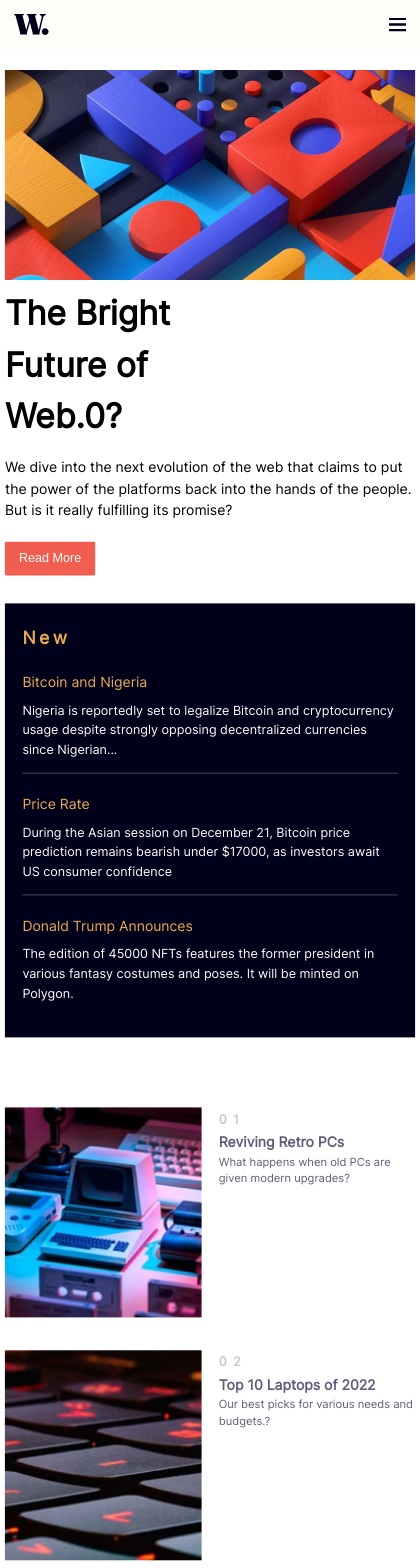
Repository: Benedict-Anthony/web3.0-blog-chain
Page: /
These files come from the project's save history. The page is drawn as it stood at one moment and after the next save; the edit follows.
The browser window is 600 px wide. The pictures show the part of the page from y = 0 to 2240 px (the page is 2800 px tall before and 2740 px after), at 70% of full size.
The project was rebuilt for these pictures with package versions that can differ from the ones it lists, and the page was loaded fresh each time. The framework's server and built-in components were replaced by stand-ins that run in the browser. Also part of the build but not shown: next.config.js, styles/styles.css.

Above is the page before, as saved 2022-12-23 01:39:43.

### pages/_app.tsx
import '../styles/globals.scss'
import type { AppProps } from 'next/app'
import NavBar from '../components/NavBar'
import "@/styles/styles.css"
import { Footer } from 'components/Footer'
export default function App({ Component, pageProps }: AppProps) {
  return (
    <>
      <NavBar />
      <Component {...pageProps} />
      <Footer/>
    </>
  )
}

### pages/index.tsx
import Showcase from 'components/Showcase'
import Features from 'components/Features'
import Head from 'next/head'
import Image from 'next/image'
import styles from '../styles/Home.module.scss'
import Layout from 'components/Layout'


export default function Home() {
  return (

      <Layout title='Web 3.0 | Welcome' description='Web 3.0, latest cryptocurrency news and market data' keyword='Blockchain, coins, cryptocurrency, blog, bitcoin'>
        <Showcase/>
        <Features/>
      </Layout>

  )
}

### styles/globals.scss
:root{
  --SoftOrange: hsl(35, 77%, 62%);
  --SoftRed: hsl(5, 85%, 63%);

  --Red: hsl(0, 78%, 62%);
  --Cyan: hsl(180, 62%, 55%);
  --Orange: hsl(34, 97%, 64%);
  --Blue: hsl(212, 86%, 64%);

  --OffWhite: hsl(36, 100%, 99%);
  --GrayishBlue: hsl(233, 8%, 79%);
  --DarkGrayishBlue: hsl(236, 13%, 42%);
  --VeryDarkBlue: hsl(240, 100%, 5%);
}

@font-face{
  font-family: "Inter";
  src: url("/landing/assets/fonts/static/inter-Bold.ttf");
  src: url("/landing/assets/fonts/static/inter-ExtraBold.ttf");
  src: url("/landing/assets/fonts/static/inter-Regular.ttf");
}

*::after, *::before, *{
  padding: 0;
  margin: 0;
  box-sizing: border-box;
  transition: all .3s ease;
  line-height: 1.54em;
}


ul,li{
  list-style: none;
}

html{
  scroll-behavior: smooth;
}

body{
  font-family: "Inter";
}

.swiper {
    overflow: visible;
}

### components/NavBar.tsx
import React, { useEffect } from 'react'
import {useState} from "react"
import Image from 'next/image'
import Link from 'next/link';
import NavBarStyles from "@/styles/navBar.module.scss";
import { useRouter } from 'next/router';

const NavBar = () => {
  const [mobileActive, setMobileActive] = useState(false)
  const route = useRouter()

  useEffect(() => {
    setMobileActive(false)
  }, [route.pathname])
  return (

        <header className={NavBarStyles.header}>
          <nav className={NavBarStyles.nav}>
               <div className="logo">
                <Image src="/landing/assets/images/logo.svg" alt="" width={50} height={30} />
              </div>

              <ul style={{
                right: mobileActive ? "0" : "calc(100vw + 50px)"
              }}>
                  <li><Link href={"/"}>Home</Link></li>
                  <li><Link href={"/about"}>About</Link></li>
                  <li><Link href={"/pricing"}>Pricing</Link></li>
                  <li><Link href={"/popular"}>Popular</Link></li>
                  <li><Link href={"/trending"}>Trending</Link></li>
                  <li><Link href={"/market"}>Market</Link></li>
                  <li><Link href={"/nft"}>Nfts</Link></li>

              </ul>

                  <div className={NavBarStyles.toggler} onClick={() => setMobileActive(!mobileActive)}>
                      <Image src={`/landing/assets/images/${mobileActive ? "icon-menu-close.svg" : "icon-menu.svg"}`} alt="" width={25} height={20} />
            </div>

         </nav>
    </header>

  )
}

export default NavBar

### components/Footer.tsx
import React from 'react'
import Footerstyles from "@/styles/Footer.module.scss"
export const Footer = () => {
    const year = new Date().getFullYear()
  return (
    <footer className={Footerstyles.footer}>
        <h3>Web 3.0! Your favourite blog!</h3>
          <p>Benedict Anthony</p>
          <div>BenWebDev | { year} &copy;</div>
    </footer>
  )
}

### components/Showcase.tsx
import React from 'react'
import Image from 'next/image';
import ShowCaseStyles from "@/styles/showcase.module.scss"
import UtilsStyles from "@/styles/Utils.module.scss";
import Button from './Button';
import Link from 'next/link';


const Showcase = () => {
  return (
    <section>
          <div className={ShowCaseStyles.showcase}>
              <main className={ShowCaseStyles.main}>
                  <div className={ShowCaseStyles.showcaseImage}>
                      {/* <img src={} alt=""  /> */}
                  </div>
                  <article className={ShowCaseStyles.article}>
                      <h1>The Bright <br /> Future of <br /> Web.0?</h1>
                      <div>
                          <p>  We dive into the next evolution of the web that claims to put the power of the platforms back into the hands of the people.
                But is it really fulfilling its promise?</p>
                  <Link href={"/trending"}>
                      <Button title={"Read more"} />
                  </Link>
                      </div>
                  </article>
              </main>
              <aside className={ShowCaseStyles.aside}>
                  <h3>New</h3>

                  <div>
                      <article>
                        <h2>Bitcoin and Nigeria</h2>
                        <p>Nigeria is reportedly set to legalize Bitcoin and cryptocurrency usage despite strongly opposing decentralized currencies since Nigerian...</p>
                      </article>

                      <article>
                        <h2>Price Rate</h2>
                        <p>During the Asian session on December 21, Bitcoin price prediction remains bearish under $17000, as investors await US consumer confidence</p>
                      </article>

                      <article>
                        <h2>Donald Trump Announces </h2>
                        <p> The edition of 45000 NFTs features the former president in various fantasy costumes and poses. It will be minted on Polygon.</p>
                    </article>
                  </div>
              </aside>
          </div>
    </section>
  )
}

export default Showcase

### components/Features.tsx
import React from 'react'
import UtilsStyles from "@/styles/Utils.module.scss";
import FeatureStyles from "@/styles/Feature.module.scss"
import Image from 'next/image';

const Features = () => {
  return (
      <section className={UtilsStyles.spaceY}>
          <div className={FeatureStyles.features}>
              <article className={FeatureStyles.article}>
                  <div>
                    <Image width={300} height={300} objectFit="cover" src="/landing/assets/images/image-retro-pcs.jpg" alt="" />
                  </div>
                  <div>
                      <h4>01</h4>
                      <h2>Reviving Retro PCs</h2>
                      <p>What happens when old PCs are given modern upgrades?</p>
                  </div>
              </article>

              <article className={FeatureStyles.article}>
                  <div>
                    <Image width={300} height={300} objectFit="cover" src="/landing/assets/images/image-top-laptops.jpg" alt="" />
                  </div>
                  <div>
                      <h4>02</h4>
                      <h2>Top 10 Laptops of 2022</h2>
                      <p>Our best picks for various needs and budgets.?</p>
                  </div>
              </article >

              <article className={FeatureStyles.article}>
                  <div>
                    <Image width={300} height={300} objectFit="cover" src="/landing/assets/images/image-gaming-growth.jpg" alt="" />
                  </div>
                  <div>
                      <h4>03</h4>
                      <h2>The Growth of Gaming</h2>
                      <p>Our best picks for various needs and budgets.</p>
                  </div>
              </article>
          </div>
      </section>
  )
}

export default Features

### components/Layout.tsx
import React, { FC } from 'react'
import UtilsStyles from "@/styles/Utils.module.scss";
import {ReactNode} from "react"
import  Head  from 'next/head';

type layoutProps = {
  children: ReactNode,
  title: string
  description: string
  keyword: string
}
const Layout = ({children, title, description, keyword}:layoutProps) => {
  return (
    <>

      <Head>
        <title>{title}</title>
        <meta name='description' content={description} />
        <meta name='keywords' content={keyword} />
    </Head>
    <main className={UtilsStyles.container}>
      <section className={UtilsStyles.spaceY}>
        {children}
      </section>
      </main>
    </>
  )
}

export default Layout

### styles/navBar.module.scss
.header{
    position: fixed;
    top: 0;
    right: 0;
    left: 0;
    // max-width: 1160px;
    margin: 0 auto;
    padding: 20px;
     background-color: var(--OffWhite);
     z-index:10;
    //  box-shadow:  2px 1px 3px var(--DarkGrayishBlue);
}

.nav{
    display: flex;
    justify-content: space-between;
    align-items: center;
     max-width: 1160px;
    margin: 0 auto;

    .logo{
        width: 50px;
    }

    ul{
        display: flex;
        align-items: center;
        justify-content: space-between;

        li{
            margin: 0 20px;

            a{
                text-decoration: none;
                font-size: 18px;
                color: var(--VeryDarkBlue);
                font-family: "Inter";
                font-weight: 400;
                &:hover{
                    color: var(--SoftRed);
                    cursor: pointer;
                }
            }
        }
    }

    @media(max-width:767px) {
        ul{
            position: absolute;
            top: 0;
            width: 80%;
            background-color: var(--OffWhite);
            box-shadow: 2px 2px 3px var(--DarkGrayishBlue);
            height: 100vh;
            flex-flow: column;
            justify-content: center;
            align-items: flex-start;
            padding-left: 10px;

            li{
                margin: 20px 0;

                a{
                    font-size: 22px;
                }
            }

        }


    }
}



.toggler{
        display: none;


        @media(max-width:767px) {
            display: block;
            z-index: 10;
        }
    }

### styles/Footer.module.scss
.footer{
    display: flex;
    align-items: center;
    justify-content: center;
    flex-direction: column;
    gap: 20px;
    padding: 15px 5px;
    color: var(--DarkGrayishBlue);
    background-color: var(--VeryDarkBlue);
    margin-top: 30px;
    text-align: center;

    h3{
        // color:var(--Blue);
        font-size: 2rem;
    }
    p{
        color: var(--SoftOrange);
        font-size: 1.1rem;
    }

    div{
        // color: var(--SoftOrange);
        font-size: 14px;
    }
}

### styles/showcase.module.scss
.showcase{
    margin-top: 20px;
    display: flex;
    align-items: flex-start;
    justify-content: center;
    column-gap: 20px;


    @media(max-width:1160px){
        flex-direction: column;
    }
}

.main{
    display: flex;
    flex-flow: column;
    justify-content: center;
    align-items: flex-start;
    gap: 10px;
    width: 100%;


}

.showcaseImage{
    width: 100%;
    height: 400px;
    background:url("/landing/assets/images/image-web-3-desktop.jpg") no-repeat center/cover;

   @media (max-width:767px) {
    height: 300px;
     background:url("/landing/assets/images/image-web-3-mobile.jpg") no-repeat center/cover;
   }
}

.article{
    display: flex;
    align-items: center;
    justify-content: space-between;
    width: 100%;
    gap: 20px;
    h1{
        font-size: 3rem;
        font-weight: 700;
        width: 100%;
    }

    div{
        display: flex;
        flex-flow: column;
        justify-content: center;
        align-items: flex-start;
        gap: 20px;

        p{
            font-size: 20px;
        }

    }

       @media(max-width:767px){
        flex-direction: column;
        justify-content: center;
        align-items: center;

        padding-bottom: 40px;

        h1{
            font-size: 3rem;
        }
    }
}

.aside{
    width: 50%;
    background-color: var(--VeryDarkBlue);
    padding: 10px 25px;
    color: var(--OffWhite);

    h3{
        color: var(--SoftOrange);
        padding: 20px 0;
        letter-spacing: 5px;
        font-size: 25px;
    }

    div{
        display: flex;
        align-items: flex-start;
        justify-content: space-between;
        flex-direction: column;
        gap: 15px;
        position: relative;

        article{
            margin-bottom: 40px;
            position: relative;

            &::after{
                content: "";
                width: 100%;
                height:.4px;
                margin-top: 2px;
                background-color: var(--OffWhite);
                position: absolute;
                bottom: -20px;
                opacity: .4;
            }

            &:last-child::after{
                display:none;
            }

            h2{
                font-size: 20px;
                padding: 10px 0;
                font-weight: 400;
                color: var(--SoftOrange);
                &:hover{
                    cursor: pointer;
                }
            }

            p{
                font-size: 18px;

            }
        }


    }


    @media(max-width:1160px){
        width: 100%;
        div{
            flex-direction: row;
            gap:0;
            column-gap: 30px;

            article{
                  &::after{
                display: none;
            }
                h2{
                    color:var(--SoftOrange);
                }
            }
        }
    }

    @media(max-width:767px){
        width: 100%;
        div{
            flex-direction: column;
            gap:0;
            column-gap: 30px;

            article{
                  &::after{
               display: block;
            }
                h2{

                    color:var(--SoftOrange);
                    // white-space: nowrap;
                }
            }
        }
    }


}

### components/Button.tsx
import React from 'react'
import ButtonbStyles from "@/styles/Button.module.scss"
type ButtonProps = {
    title:string
}
const Button = ({title}: ButtonProps) => {
  return (
    <button className={ButtonbStyles.button}>
      {title}
    </button>
  )
}

export default Button

### styles/Utils.module.scss
.container{
    max-width: 1160px;
    margin: 0 auto;
    overflow:hidden;
    padding: 0 7px;
}

.spaceY{
    padding-top: 2.5rem;
    margin-top: 2.5rem;
}

### styles/Feature.module.scss
.features{
    display: grid;
    grid-template-columns: repeat(auto-fit, minmax(20rem, 1fr));
    justify-content: space-between;
    align-items: center;
}

.article{
    display: flex;
    align-items: flex-start;
    justify-content: center;
    gap: 25px;
    margin:20px 0;
    width: 100%;

    div{
        width: 100%;
        img{
            width: 100%;
            object-fit:cover;
        }
    }

    div{

        h4{
            font-size: 18px;
            color: var(--GrayishBlue);
            padding: 3px 0;
            letter-spacing: .5em;
        }

        h2{
            color: var(--DarkGrayishBlue);
            font-size: 20px;
            font-weight: 600;
        }

        p{
            font-size: 16px;
            color: var(--DarkGrayishBlue);

        }
    }
}

### styles/Button.module.scss
.button{
    display: inline-block;
    color: var(--OffWhite);
    padding: 10px 20px;
    border: 0;
    background-color: var(--SoftRed);
    margin-top: 10px;
    font-size: 18px;
    border-radius: 2px;
    text-transform: capitalize;

    &:hover{
        cursor: pointer;
        background-color: var(--VeryDarkBlue);
    }
}

After the next save:
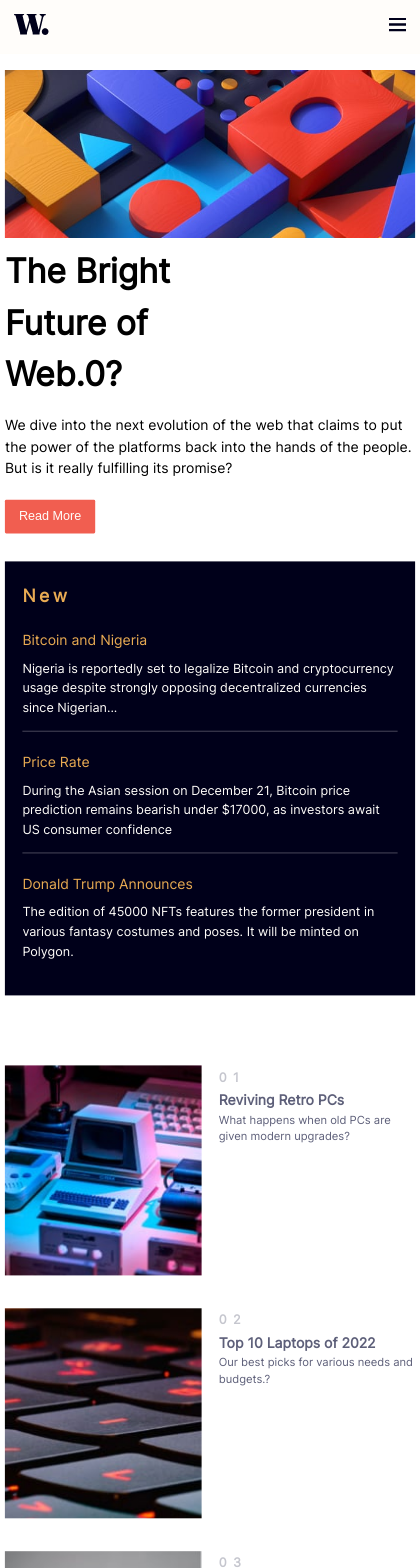
Saved 13 s later.
--- a/styles/showcase.module.scss
+++ b/styles/showcase.module.scss
@@ -28,7 +28,7 @@
     background:url("/landing/assets/images/image-web-3-desktop.jpg") no-repeat center/cover;
 
    @media (max-width:767px) {
-    height: 300px;
+    height: 240px;
      background:url("/landing/assets/images/image-web-3-mobile.jpg") no-repeat center/cover;
    }
 }
